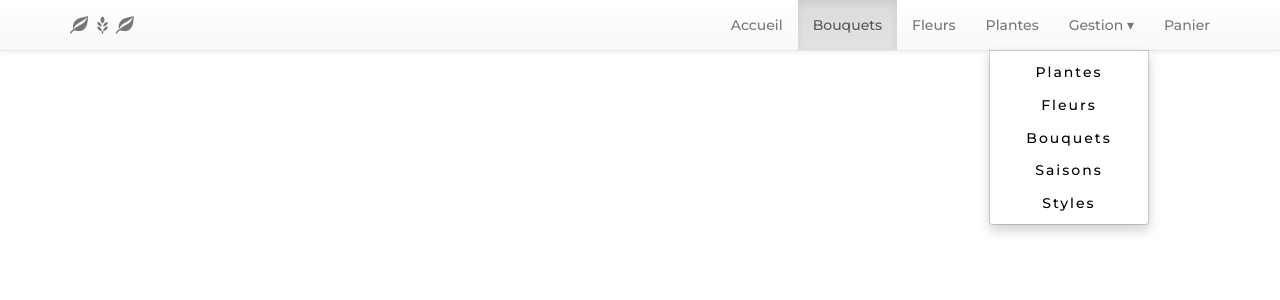
Repository: JeremT8/JavaFleuristeProject
Page: tp-fleuriste/src/main/webapp/bouquets.html
An editor plug-in stored every save of this project. The page is shown before and after the next save, followed by the edit.
The browser window is 1280 px wide. The pictures show the whole page.
Some web libraries are served in a nearby version.

Above is the page before, as saved 2022-05-18 07:55:42.

### tp-fleuriste/src/main/webapp/bouquets.html
<!DOCTYPE html>
<html>
<head>
<meta charset="UTF-8">
<title>Flow Hearts</title>
<link rel="stylesheet"
	href="https://maxcdn.bootstrapcdn.com/bootstrap/3.3.7/css/bootstrap.min.css">
<link rel="stylesheet"
	href="https://maxcdn.bootstrapcdn.com/bootstrap/3.3.7/css/bootstrap-theme.min.css">
<script
	src="https://ajax.googleapis.com/ajax/libs/jquery/3.1.1/jquery.min.js"></script>
<script
	src="https://maxcdn.bootstrapcdn.com/bootstrap/3.3.7/js/bootstrap.min.js"></script>
<link rel="apple-touch-icon" sizes="76x76" href="/apple-touch-icon.png">
<link rel="icon" type="image/png" sizes="32x32"
	href="/favicon-32x32.png">
<link rel="icon" type="image/png" sizes="16x16"
	href="/favicon-16x16.png">
<link rel="manifest" href="/site.webmanifest">
<link rel="mask-icon" href="/safari-pinned-tab.svg" color="#5bbad5">
<meta name="msapplication-TileColor" content="#da532c">
<meta name="theme-color" content="#ffffff">
<link rel="stylesheet" href="css/commun.css">
<link rel="preconnect" href="https://fonts.googleapis.com">
<link rel="preconnect" href="https://fonts.gstatic.com" crossorigin>
<link href="https://fonts.googleapis.com/css2?family=Montserrat:wght@300;500;700&display=swap" rel="stylesheet">

</head>
<body>
	<nav class="navbar navbar-default navbar-fixed-top">
		<div class="container">
			<div class="navbar-header">
				<a href="index.html" class="navbar-brand active"> <span
					class="glyphicon glyphicon-leaf rotate-leaf"></span> <span
					class="glyphicon glyphicon-grain"></span> <span
					class="glyphicon glyphicon-leaf"></span>
				</a>
				<button class="navbar-toggle" type="button" data-toggle="collapse"
					data-target="#navbar-main">
					<span class="icon-bar"></span> <span class="icon-bar"></span> <span
						class="icon-bar"></span>
				</button>
			</div>
			<div class="navbar-collapse collapse" id="navbar-main">
				<ul class="nav navbar-nav navbar-right">
					<li><a href="index.html">Accueil</a></li>
					<li class="active"><a href="bouquets.html">Bouquets</a></li>
					<li><a href="fleurs.html">Fleurs</a></li>
					<li><a href="plantes.html">Plantes</a></li>
					<li class="nav-item dropdown"><a
						class="nav-link dropdown-toggle" href="#" id="navbarDropdown"
						role="button" data-toggle="dropdown" aria-haspopup="true"
						aria-expanded="false"> Gestion ▾ </a>
						<div class="dropdown-menu" aria-labelledby="navbarDropdown">
							<a class="dropdown-item" href="plantes.html">Plantes</a>
							<div class="dropdown-divider"></div>
							<a class="dropdown-item" href="fleurs.html">Fleurs</a>
							<div class="dropdown-divider"></div>
							<a class="dropdown-item" href="bouquets.html">Bouquets</a>
							<div class="dropdown-divider"></div>
							<a class="dropdown-item" href="saisons.html">Saisons</a>
							<div class="dropdown-divider"></div>
							<a class="dropdown-item" href="styles.html">Styles</a>
						</div></li>
					<li><a  href="panier.html"> Panier</a></li>
				</ul>
			</div>
		</div>
	</nav>
<body>

</body>
</html>

### tp-fleuriste/src/main/webapp/css/commun.css
body {
	padding-top: 70px;
	padding-bottom: 70px;
	font-family: 'Montserrat', sans-serif !important;

}

.navbar-foot {
	width: 100%;
}

.rouge {
	color: red;
}

.vert {
	color: green;
}

.bleu, .glyphicon-shopping-cart {
	color: #337ab7;
}
.gros{
	font-size: 1.0em;
	padding-left: 15px;
	padding-right: 15px;
}
.glyphicon-menu-up, .glyphicon-menu-down{
	font-size: 0.7em;
}
.supp, .modif, .tri{
/* 	cursor:crosshair;	 */
	cursor:pointer;
}

textarea.noresize{
	resize: none;
}

#map{
	width : 100%;
	height : 400px;
	border : 1px solid #337ab7;
}

.icon-flipped {
transform: scaleX(-1);
-moz-transform: scaleX(-1);
-webkit-transform: scaleX(-1);
-ms-transform: scaleX(-1);
}


.bottle{
	display: inline-block !important;
}

a.dropdown-item {
	color: black;
	text-decoration: none;
	width:100%;
	margin: 4% auto;
}

.dropdown-menu {
	display: flex;
	flex-wrap: wrap;
	flex-direction: column;
	text-align: center;
	letter-spacing: 2px;
}


.input-form {
	margin:0.8em;
}

After the next save:
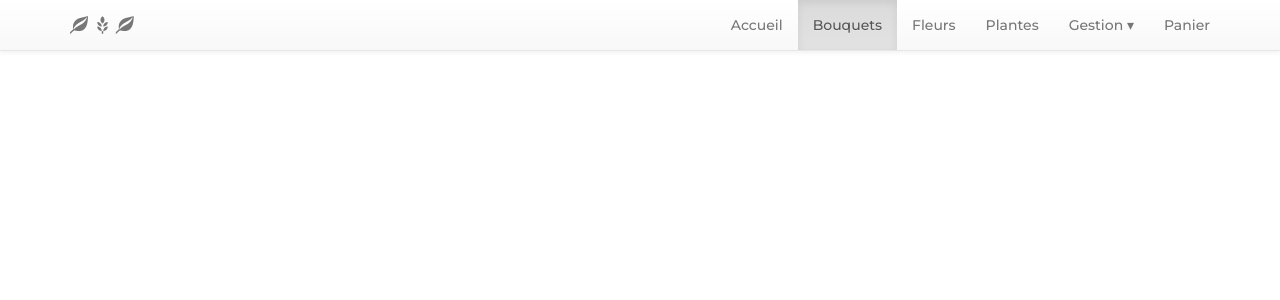
Saved 47 s later.
--- a/tp-fleuriste/src/main/webapp/css/commun.css
+++ b/tp-fleuriste/src/main/webapp/css/commun.css
@@ -62,7 +62,7 @@
 	margin: 4% auto;
 }
 
-.dropdown-menu {
+.dropdown-menu open {
 	display: flex;
 	flex-wrap: wrap;
 	flex-direction: column;

After the 2 saves that followed:
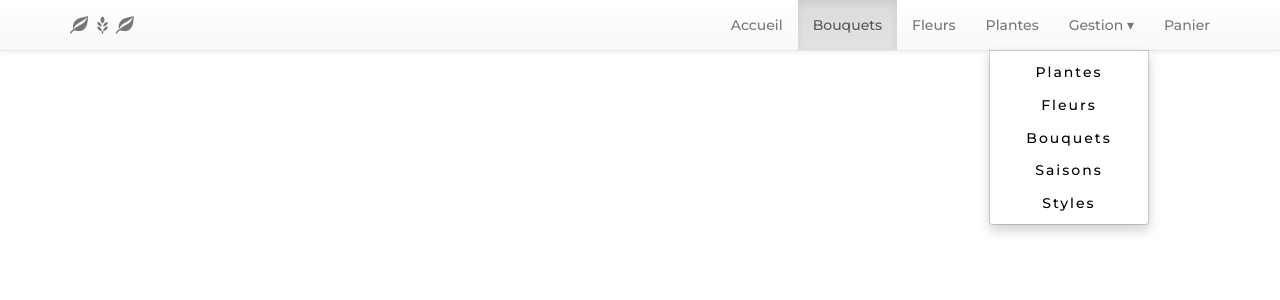
The 2 saves are shown as one change because 1 left the picture as it was.
The last was saved 99 s later.
--- a/tp-fleuriste/src/main/webapp/css/commun.css
+++ b/tp-fleuriste/src/main/webapp/css/commun.css
@@ -62,7 +62,7 @@
 	margin: 4% auto;
 }
 
-.dropdown-menu open {
+.dropdown-menu  {
 	display: flex;
 	flex-wrap: wrap;
 	flex-direction: column;
